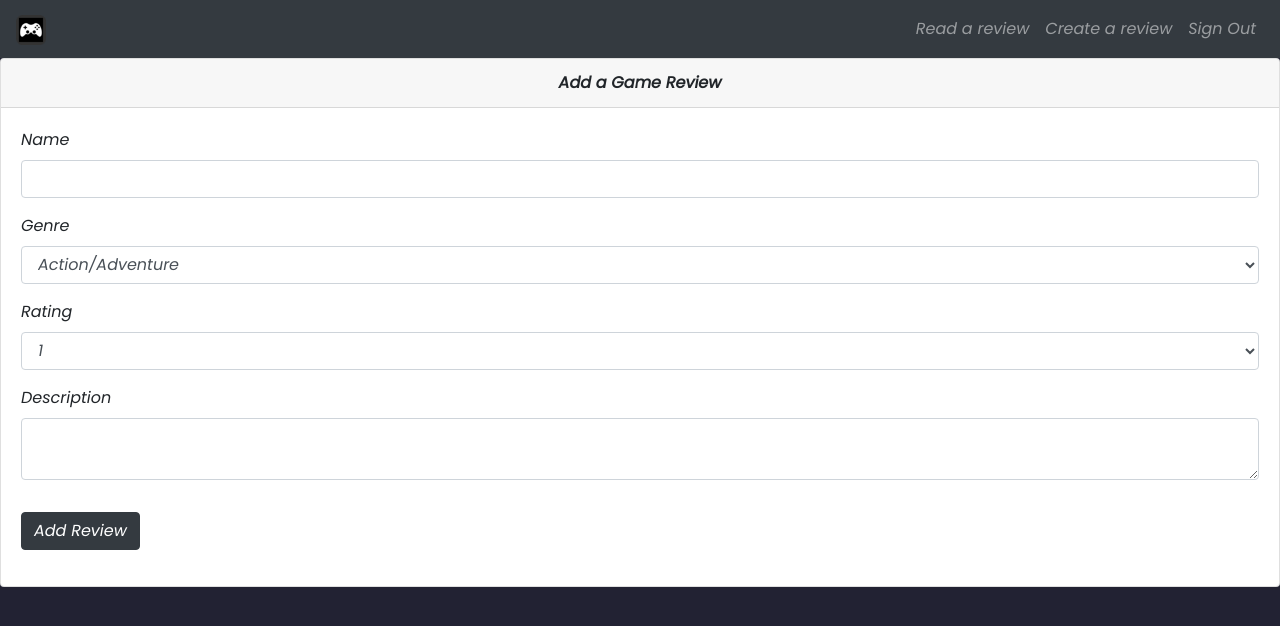
Repository: amit238/milestone-project-3
Page: http://localhost/addreview
The author's editor kept a record of every edit. The page is drawn from the files as they stood at one moment, then again after the next edit.
The browser window is 1280 px wide. The pictures show the whole page.
Some web libraries are served in a nearby version. The page is served by the project's application, run on Flask 3 (app.py). The session is filled in as if someone had signed in: {"username": "testuser", "logged_in": true}.

Above is the page before.

After the next edit:
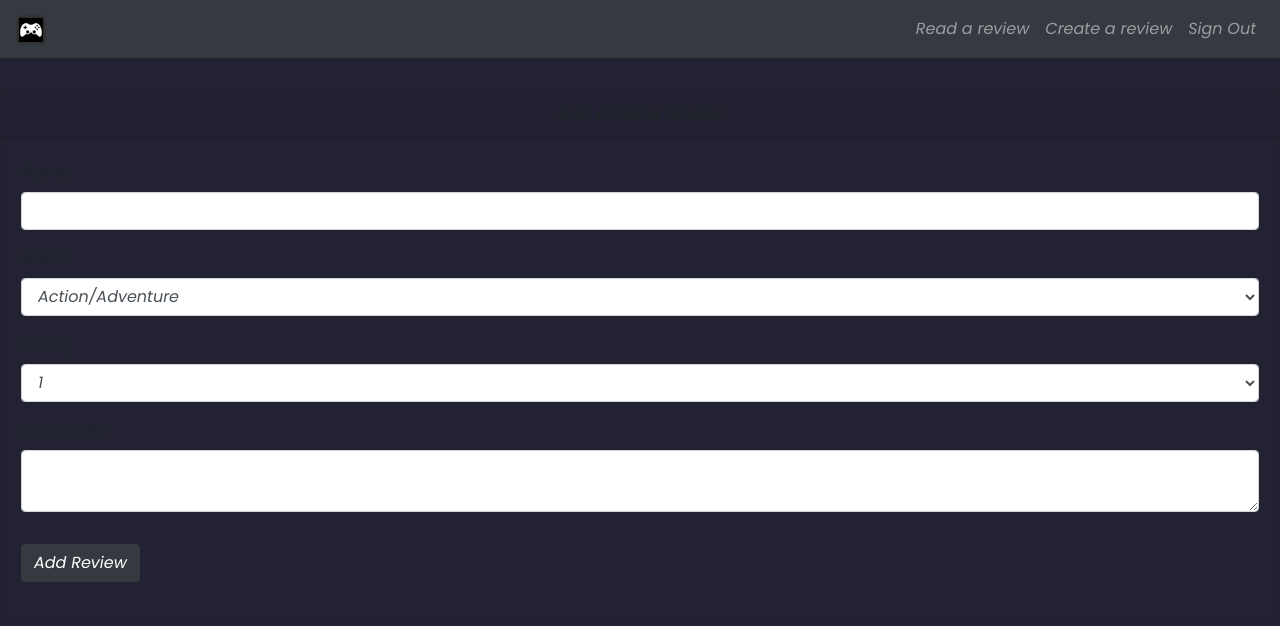
The edit:
--- a/templates/addreview.html
+++ b/templates/addreview.html
@@ -1,8 +1,8 @@
 {% extends 'base.html'%} {% block content %}
 
-<div class="card mb-4 thick-border">
-    <div class="card-header addreview-form center-header"><span class="review-title"><strong>Add a Game Review</strong></span></div>
-    <div class="card-body addreview-form">
+<div class="card mb-4 form-bg thick-border">
+    <div class="card-header center-header"><span class="review-title"><strong>Add a Game Review</strong></span></div>
+    <div class="card-body">
         <div class="row">
             <div class="col-12">
                 <!--wtform to add new review to the db-->
